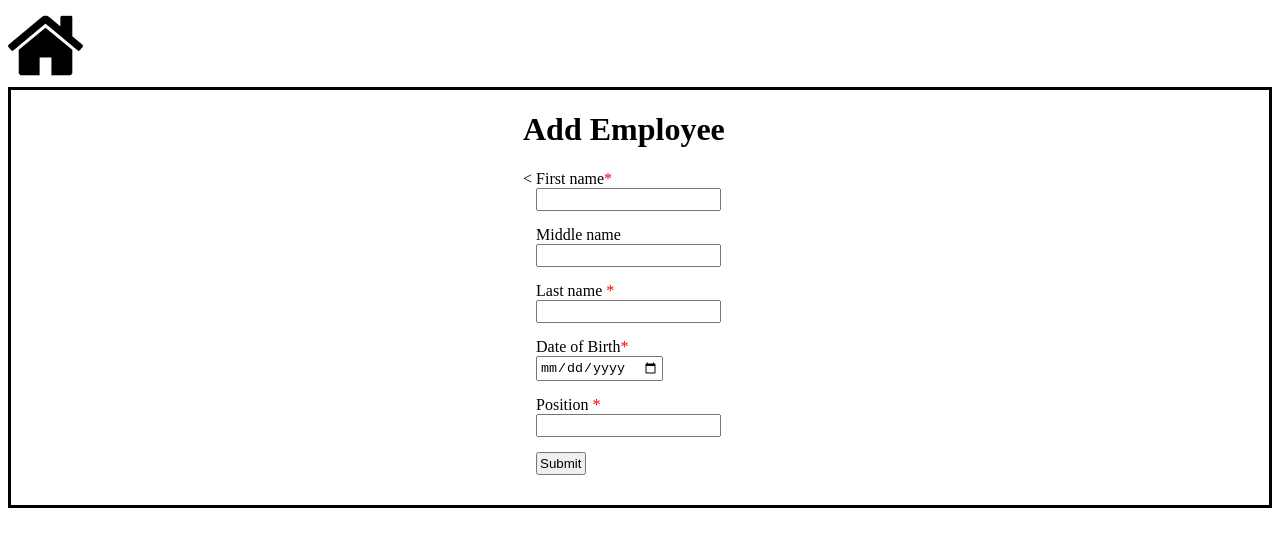
Repository: ticross18/SpringBootEmployeeSystem
Page: EmploymentSystem/src/main/resources/static/addEmp.html
The author's editor kept a copy of each file at every save. The page is drawn from the files as they stood at one save, then again after the next save.
The browser window is 1280 px wide. The pictures show the whole page.

Above is the page before, as saved 2022-05-18 17:13:09.

After the next save:
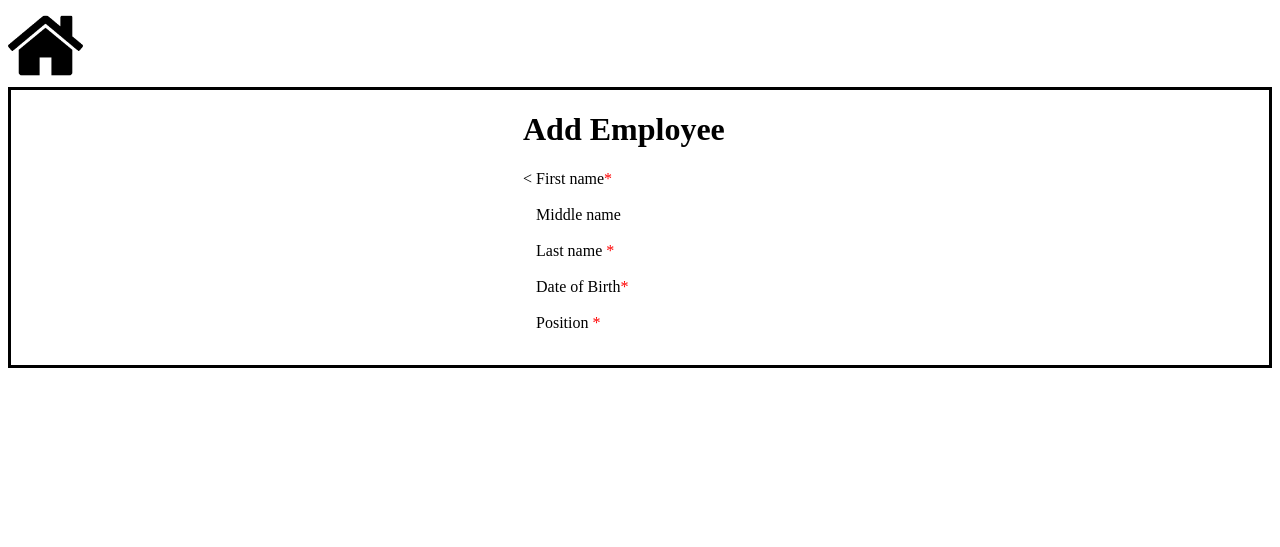
Saved 56 s later.
--- a/EmploymentSystem/src/main/resources/static/addEmp.html
+++ b/EmploymentSystem/src/main/resources/static/addEmp.html
@@ -16,18 +16,18 @@
 		<h1 id="title">Add Employee</h1>
 
 
-		<   <form:form action="register" method="post" modelAttribute="user" id="userInput">
-			<label for="fname">First name<span class="asterisk">*</span> </label><br>
-			<input type="text" id="fname" name="fname"><br>
-			<label for="mname">Middle name</label><br>
-			<input type="text" id="mname" name="mname"><br>
-			<label for="lname">Last name <span class="asterisk">*</span> </label><br>
-			<input type="text" id="lname" name="lname"><br>
-			<label for="dob">Date of Birth<span class="asterisk">*</span> </label><br>
-			<input type="date" id="dob" name="dob"><br>
-			<label for="position">Position <span class="asterisk">*</span> </label><br>
-			<input type="text" id="position" name="position"><br>
-			<input type="submit" id="submit" name="submit" formmethod="post" />
+		<   <form:form action="add employee" method="post" modelAttribute="Employees" id="userInput">
+			<form:label for="fname">First name<span class="asterisk">*</span> </label><br>
+			<form:input type="text" id="fname" name="fname"><br>
+			<form:label for="mname">Middle name</label><br>
+			<form:input type="text" id="mname" name="mname"><br>
+			<form:label for="lname">Last name <span class="asterisk">*</span> </label><br>
+			<form:input type="text" id="lname" name="lname"><br>
+			<form:label for="dob">Date of Birth<span class="asterisk">*</span> </label><br>
+			<form:input type="date" id="dob" name="dob"><br>
+			<form:label for="position">Position <span class="asterisk">*</span> </label><br>
+			<form:input type="text" id="position" name="position"><br>
+			<form:input type="submit" id="submit" name="submit" formmethod="post" />
 			</tr>
 		</form>
 	</div>
